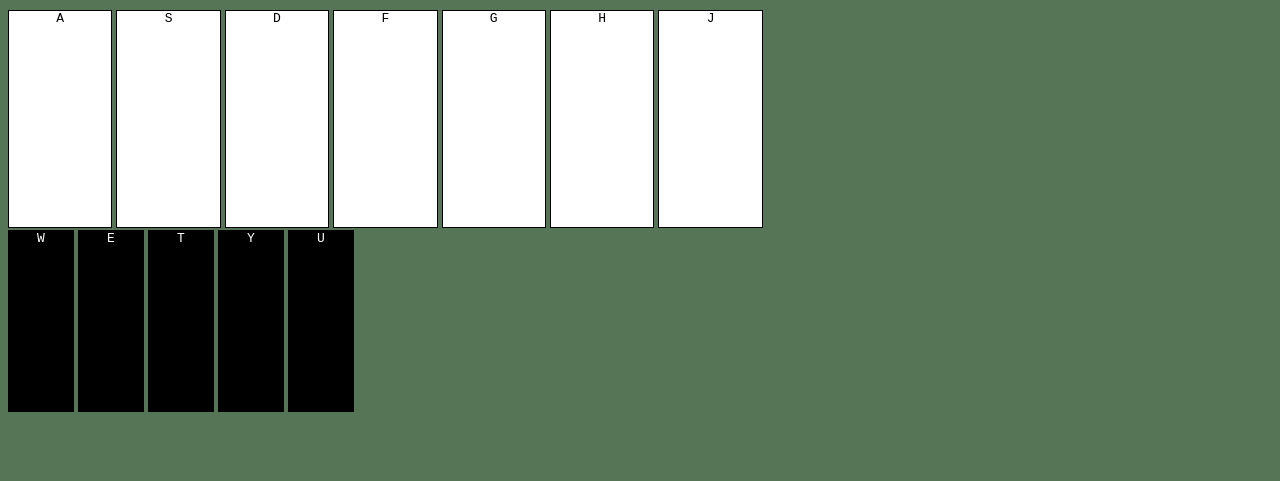
Repository: ctcoleman/Virtual-Piano
Page: index.html
These files come from the project's save history. The page is drawn as it stood at one moment and after the next save; the edit follows.
The browser window is 1280 px wide. The pictures show the whole page.

Above is the page before, as saved 2020-07-20 08:56:08.

### index.html
<!DOCTYPE html>
<html>

<head>
    <meta charset="utf-8">
    <link type="text/css" rel="stylesheet" href="./index.css">
    <title>Chris's Keyboard Piano</title>
</head>

<body>
    <div class="white-keys-container">
        <kbd class="white-key" id="KeyA">A</kbd>
        <kbd class="white-key" id="KeyS">S</kbd>
        <kbd class="white-key" id="KeyD">D</kbd>
        <kbd class="white-key" id="KeyF">F</kbd>
        <kbd class="white-key" id="KeyG">G</kbd>
        <kbd class="white-key" id="KeyH">H</kbd>
        <kbd class="white-key" id="KeyJ">J</kbd>
    </div>
    <div class="black-keys-container">
        <kbd class="black-key" id="KeyW">W</kbd>
        <kbd class="black-key" id="KeyE">E</kbd>
        <kbd class="black-key" id="KeyT">T</kbd>
        <kbd class="black-key" id="KeyY">Y</kbd>
        <kbd class="black-key" id="KeyU">U</kbd>
    </div>
    <script src="./index.js"></script>
</body>

</html>

### index.css
html {
    background: rgba(1, 46, 1, 0.664);
    color: black;
    box-sizing: border-box;
}

.white-key-container {
    margin: 15vh 15vw;
    width: 70vw;
    position: relative;
}
.white-key {
    text-align: center;
    display: inline-block;
    width: 8vw;
    height: 30vh;
    background: white;
    border: 1px solid black;
}

.black-key-container {
    position: relative;
    z-index: 1;
    top: 30px;
    margin: 10vh 5vw;
    width: 70vw;
}
.black-key {
    text-align: center;
    display: inline-block;
    width: 5vw;
    height: 25vh;
    background: black;
    color: white;
    border: 1px solid black;
}

### index.js
const aKey = document.getElementById('KeyA')
const sKey = document.getElementById('KeyS')
const dKey = document.getElementById('KeyD')
const fKey = document.getElementById('KeyF')
const gKey = document.getElementById('KeyG')
const hKey = document.getElementById('KeyH')
const jKey = document.getElementById('KeyJ')
const wKey = document.getElementById('KeyW')
const eKey = document.getElementById('KeyE')
const tKey = document.getElementById('KeyT')
const yKey = document.getElementById('KeyY')
const uKey = document.getElementById('KeyU')






const keys = [aKey, sKey, dKey, fKey, gKey, hKey, jKey, wKey, eKey, tKey, yKey, uKey]
console.log(keys)
document.addEventListener('keypress', (keyPressed) => {
    const key = keyPressed.code
    switch (key) {
        case keys[0].id:
            new Audio('./keys/A.mp3').play()
            break
        case keys[1].id:
            new Audio('./keys/S.mp3').play()
            break
        case keys[2].id:
            new Audio('./keys/D.mp3').play()
            break
        case keys[3].id:
            new Audio('./keys/F.mp3').play()
            break
        case keys[4].id:
            new Audio('./keys/G.mp3').play()
            break
        case keys[5].id:
            new Audio('./keys/H.mp3').play()
            break
        case keys[6].id:
            new Audio('./keys/J.mp3').play()
            break
        case keys[7].id:
            new Audio('./keys/W.mp3').play()
            break
        case keys[8].id:
            new Audio('./keys/E.mp3').play()
            break
        case keys[9].id:
            new Audio('./keys/T.mp3').play()
            break
        case keys[10].id:
            new Audio('./keys/Y.mp3').play()
            break
        case keys[11].id:
            new Audio('./keys/U.mp3').play()
            break
        default:
            console.log('Invalid Key Press')
    }
})

After the next save:
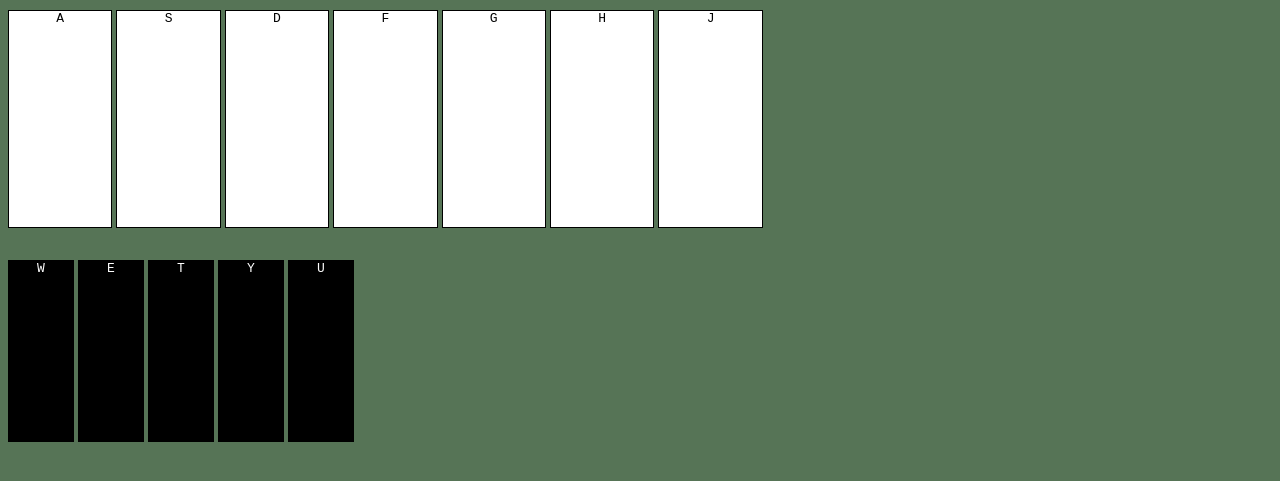
Saved 11 s later.
--- a/index.css
+++ b/index.css
@@ -19,13 +19,13 @@ html {
 }
 
 .black-key-container {
-    position: relative;
-    z-index: 1;
-    top: 30px;
     margin: 10vh 5vw;
     width: 70vw;
 }
 .black-key {
+    position: relative;
+    z-index: 1;
+    top: 30px;
     text-align: center;
     display: inline-block;
     width: 5vw;
